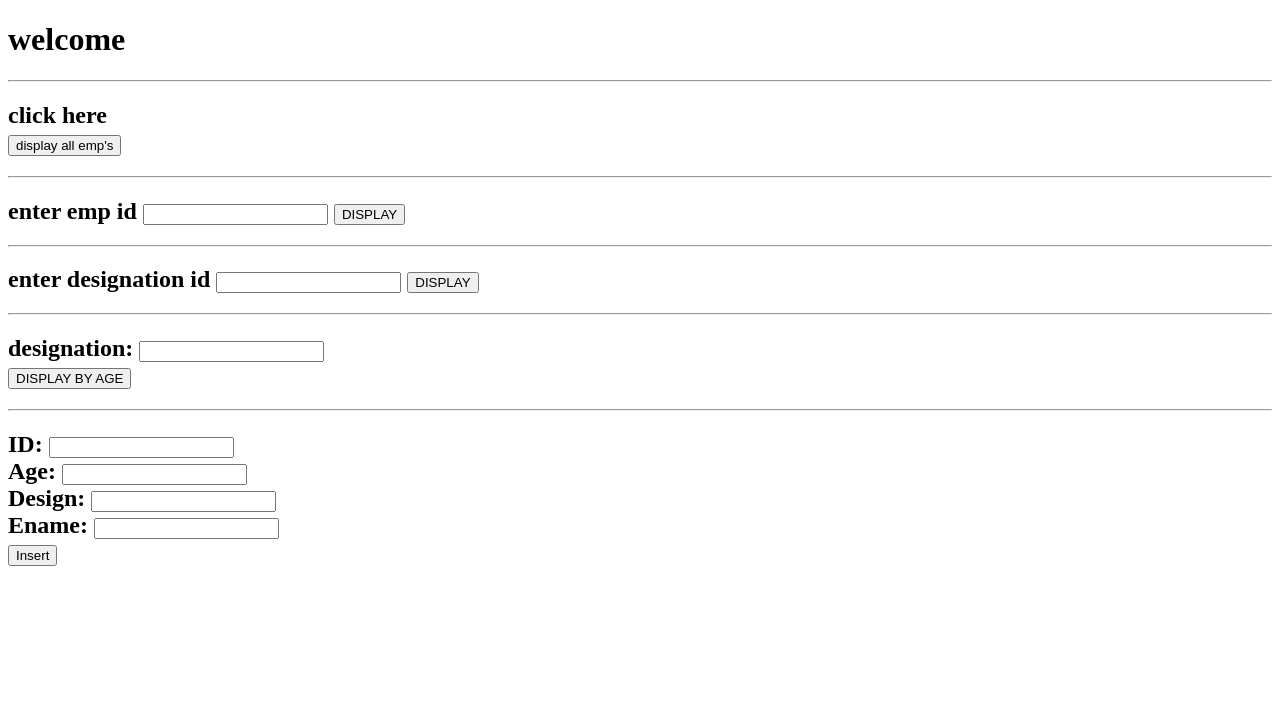
Repository: Saikumar6901/DBSTrainingModules
Page: http://localhost/dbsdemo/Viewall.jsp
These files come from the project's save history. The page is drawn as it stood at one moment and after the next save; the edit follows.
The browser window is 1280 px wide. The pictures show the whole page.
The page is served by Tomcat 9. Other server files are loaded and not shown.

Above is the page before, as saved 2019-08-17 06:42:27.

### workspace-spring-tool-suite-4-4.3.2.RELEASE/dbsdemo/src/main/webapp/Viewall.jsp
<%@ page language="java" contentType="text/html; charset=ISO-8859-1"
    pageEncoding="ISO-8859-1"%>
<!DOCTYPE html>
<html>
<head>
<meta charset="ISO-8859-1">
<title>Insert title here</title>
</head>
<body>
<h1> welcome</h1>
<hr>
 <form action="displayAll">
<h2>
click here<br>
<input type="submit" name="submit" value="display all emp's">
</h2>
</form>

<hr>

<form action="displayByID" method="post">
<h2>
enter emp id <input type="text" name="eid">
<input type="submit" name="submit" value="DISPLAY">
</h2></form>

<hr>

<form action="displayByDesign" method="post">
<h2>
enter designation id <input type="text" name="design">
<input type="submit" name="submit" value="DISPLAY">
</h2>
</form>

<hr>

<form action="displayByAge" method="post">
<h2>
designation: <input type="text" name="designation"><br>
<input type="submit" name="submit" value="DISPLAY BY AGE">
</h2>
</form>

<hr>

<form action="insertstmt" method="post">
<h2>
ID: <input type="text" name="eid"><br>
Age: <input type="text" name="age"><br>
Design: <input type="text" name="designation"><br>
Ename: <input type="text" name="ename"><br>
<input type="submit" name="submit" value="Insert">
</h2>
</form>
</body>
</html>

After the next save:
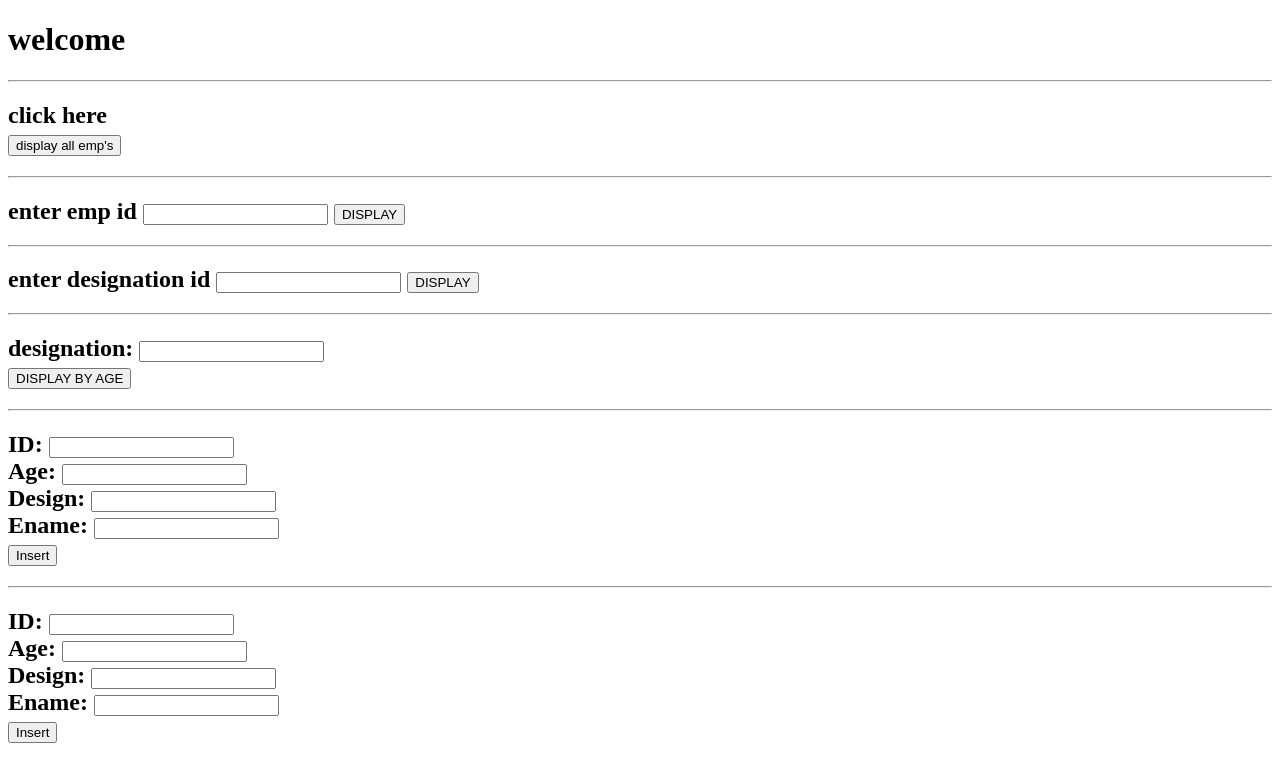
Saved 40 s later.
--- a/workspace-spring-tool-suite-4-4.3.2.RELEASE/dbsdemo/src/main/webapp/Viewall.jsp
+++ b/workspace-spring-tool-suite-4-4.3.2.RELEASE/dbsdemo/src/main/webapp/Viewall.jsp
@@ -53,5 +53,17 @@ Ename: <input type="text" name="ename"><br>
 <input type="submit" name="submit" value="Insert">
 </h2>
 </form>
+
+<hr>
+
+<form action="collectdata" method="post">
+<h2>
+ID: <input type="text" name="eid"><br>
+Age: <input type="text" name="age"><br>
+Design: <input type="text" name="designation"><br>
+Ename: <input type="text" name="ename"><br>
+<input type="submit" name="submit" value="Insert">
+</h2>
+</form>
 </body>
 </html>
